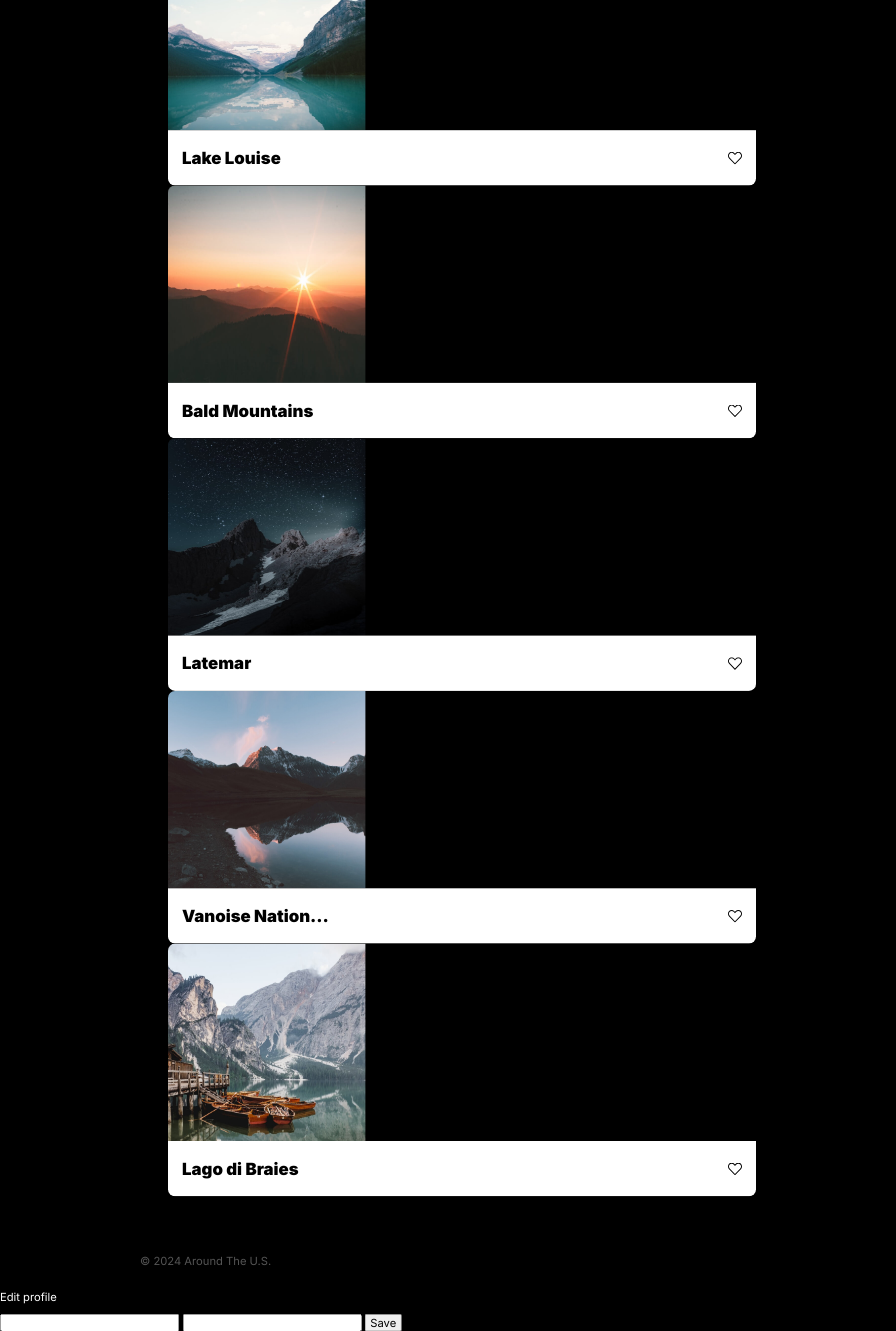
Repository: luisbaezx/se_project_aroundtheus
Page: index.html
The author's editor kept a copy of each file at every save. The page is drawn from the files as they stood at one save, then again after the next save.
The browser window is 1280 px wide. The pictures show the part of the page from y = 770 to 2690 px (the page is 2672 px tall before and 2690 px after), at 70% of full size.

Above is the page before, as saved 2024-09-15 13:57:37.

### index.html
<!DOCTYPE html>
<html lang="en">
  <head>
    <meta charset="UTF-8" />
    <meta name="viewport" content="width=device-width, initial-scale=1" />
    <title>Around the U.S</title>
    <meta name="author" content="Luis Baez" />
    <link rel="stylesheet" href="pages/index.css" />
  </head>
  <body class="page">
    <div class="page__content">
      <header class="header page__section">
        <img
          src="./images/logo.svg"
          alt="Around the U.S. Logo"
          class="header__image"
        />
      </header>
      <main class="content">
        <section class="profile page__section">
          <img
            src="./images/jacques-cousteau.jpg"
            alt="Avatar"
            class="profile__image"
          />
          <div class="profile__info">
            <h1 class="profile__title">Jacques Cousteau</h1>
            <button class="profile__edit-button" type="button"></button>
            <p class="profile__description">Explorer</p>
          </div>
          <button class="profile__add-button" type="button"></button>
        </section>
        <section class="cards page__section">
          <ul class="cards__list">
            <li class="card">
              <img
                src="./images/yosemite.jpg"
                alt="Yosemite"
                class="card__image"
              />
              <div class="card__description">
                <h2 class="card__title">Yosemite Valley</h2>
                <button class="card__like-button" type="button"></button>
              </div>
            </li>
            <li class="card">
              <img
                src="./images/lake-louise.jpg"
                alt="Lake Louise"
                class="card__image"
              />
              <div class="card__description">
                <h2 class="card__title">Lake Louise</h2>
                <button class="card__like-button" type="button"></button>
              </div>
            </li>
            <li class="card">
              <img
                src="./images/bald-mountains.jpg"
                alt="Bald Mountains"
                class="card__image"
              />
              <div class="card__description">
                <h2 class="card__title">Bald Mountains</h2>
                <button class="card__like-button" type="button"></button>
              </div>
            </li>
            <li class="card">
              <img
                src="./images/latemar.jpg"
                alt="Laterman"
                class="card__image"
              />
              <div class="card__description">
                <h2 class="card__title">Latemar</h2>
                <button class="card__like-button" type="button"></button>
              </div>
            </li>
            <li class="card">
              <img
                src="./images/vanoise.jpg"
                alt="Vanoise"
                class="card__image"
              />
              <div class="card__description">
                <h2 class="card__title">Vanoise National Park</h2>
                <button class="card__like-button" type="button"></button>
              </div>
            </li>
            <li class="card">
              <img src="./images/lago.jpg" alt="Lago" class="card__image" />
              <div class="card__description">
                <h2 class="card__title">Lago di Braies</h2>
                <button class="card__like-button" type="button"></button>
              </div>
            </li>
          </ul>
        </section>
      </main>
      <footer class="footer">
        <p class="footer__copyright">&copy; 2024 Around The U.S.</p>
      </footer>
    </div>
    <div class="modal">
      <div class="modal_container">
        <p class="modal__heading">Edit profile</p>
        <form class="modal__form">
          <input type="text" name="title" />
          <input type="text" name="description" />
          <button class="modal__button">Save</button>
        </form>
      </div>
    </div>
    <script src="./scripts/index.js"></script>
  </body>
</html>

### pages/index.css
@import url("../vendor/normalize.css");
@import url("../vendor/fonts.css");
@import url("../blocks/page.css");
@import url("../blocks/header.css");
@import url("../blocks/profile.css");
@import url("../blocks/cards.css");
@import url("../blocks/card.css");
@import url("../blocks/footer.css");

### blocks/page.css
.page {
  font-family: Inter, Arial, Helvetica, sans-serif;
  background-color: black;
  color: white;
}

.page__section {
  max-width: 880px;
  width: 100%;
  position: relative;
  margin: 0 auto;
}

.page__content {
  display: flex;
  flex-direction: column;
  min-height: 100vh;
  padding: 0 20px;
}
@media screen and (max-width: 450px) {
  .page__section {
    max-width: none;
  }
}

### blocks/header.css
.header {
  margin-top: 45px;
  border-width: 880px;
  border-bottom: 1px solid rgba(84, 84, 84, 0.7);
  padding-bottom: 41px;
}

.header__image {
  width: 173px;
  height: 33px;
}
@media screen and (max-width: 450px) {
  .header {
    margin-top: 28px;
    padding-bottom: 28px;
  }

  .header__image {
    width: 126px;
    height: 24px;
  }
}

### blocks/profile.css
.profile {
  display: flex;
  align-items: center;
  padding-top: 40px;
  min-width: 282px;
}

.profile__info {
  display: grid;
  grid-template-areas:
    "title button"
    "description description";
  grid-template-columns: minmax(auto, 375px) auto;
  margin-right: 12px;
  align-items: center;
  gap: 15px;
}

.profile__edit-button {
  background: transparent url(../images/edit-icon.svg) center no-repeat;
  height: 24px;
  width: 24px;
  grid-area: button;
  border: 1px white solid;
  white-space: nowrap;
  overflow: hidden;
}

.profile__edit-button:hover {
  opacity: 0.6;
  cursor: pointer;
}

.profile__add-button {
  background: transparent url(../images/add-icon.svg) center no-repeat;
  width: 150px;
  height: 50px;
  margin-left: auto;
  border: 2px white solid;
  border-radius: 2px;
  transition: opacity 0.3s ease-in;
}

.profile__add-button:hover {
  opacity: 0.6;
  cursor: pointer;
}
.profile__title {
  font-size: 42px;
  line-height: 48px;
  font-weight: 500;
  grid-area: title;
  margin: 0;
  text-overflow: ellipsis;
  white-space: nowrap;
  overflow: hidden;
}

.profile__description {
  font-size: 18px;
  line-height: 22px;
  font-weight: 400;
  grid-area: description;
  margin: 0;
  text-overflow: ellipsis;
  white-space: nowrap;
  overflow: hidden;
  max-width: 370px;
}

.profile__image {
  height: 120px;
  width: 120px;
  border-radius: 50%;
  object-fit: cover;
  object-position: center;
  margin-right: 24px;
}

@media screen and (max-width: 770px) {
  .profile {
    flex-direction: column;
  }

  .profile__info {
    display: flex;
    flex-wrap: wrap;
    justify-content: center;
    width: 100%;
  }

  .profile__description {
    width: 100%;
    text-align: center;
    margin-bottom: 40px;
  }

  .profile__add-button {
    margin: 0;
    width: 80%;
  }
}

@media screen and (max-width: 450px) {
  .profile {
    justify-content: space-around;
    padding-top: 42;
  }
  .profile__title {
    font-size: 22px;
  }

  .profile__description {
    font-size: 14px;
    line-height: 16.94px;
    margin-bottom: 36px;
  }

  .profile__edit-button {
    width: 18px;
    height: 18px;
    display: flex;
    justify-content: flex-end;
  }

  .profile__add-button {
    width: 282px;
  }

  .profile__image {
    margin: 0;
    min-width: auto;
  }
}

### blocks/cards.css
.cards {
  margin-top: 30px;
  border-radius: 10px;
}

.card__list {
  display: grid;
  justify-content: center;
  grid-template-columns: repeat(auto-fit, 282px);
  grid-gap: 20px 17px;
  padding: 0;
  margin: 0;
}

.card {
  display: flex;
  flex-direction: column;
  list-style: none;
  border-radius: 10px;
  overflow: hidden;
}

.card__image {
  width: 282px;
  height: 282px;
}

.card__title {
  max-width: 220px;
  font-size: 24px;
  font-weight: 900;
  line-height: 29px;
  text-overflow: ellipsis;
  white-space: nowrap;
  overflow: hidden;
  margin: 0;
}

.card__description {
  display: flex;
  background-color: white;
  color: black;
  padding-top: 25px;
  padding-bottom: 25px;
  padding-left: 20px;
  padding-right: 20px;
  align-items: center;
  justify-content: space-between;
}

.card__like-button {
  background: transparent url(../images/like-inactive.svg) center no-repeat;
  width: 21px;
  height: 18px;
  border: none;
  transition: opacity 0.3s ease;
}

.card__like-button:hover {
  opacity: 0.5;
}

### blocks/card.css
.card {
  display: flex;
  flex-direction: column;
  list-style: none;
  border-radius: 10px;
  overflow: hidden;
}

.card__image {
  width: 282px;
  height: 282px;
}

.card__title {
  max-width: 220px;
  font-size: 24px;
  font-weight: 900;
  line-height: 29px;
  text-overflow: ellipsis;
  white-space: nowrap;
  overflow: hidden;
  margin: 0;
}

.card__description {
  display: flex;
  background-color: white;
  color: black;
  padding-top: 25px;
  padding-bottom: 25px;
  padding-left: 20px;
  padding-right: 20px;
  align-items: center;
  justify-content: space-between;
}

.card__like-button {
  background: transparent url(../images/like-active.svg) center no-repeat;
  width: 21px;
  height: 18px;
  border: none;
  transition: opacity 0.3s ease-in;
}

.card__like-button:hover {
  opacity: 0.5;
  cursor: pointer;
}

### blocks/footer.css
.footer {
  width: 100%;
  max-width: 880px;
  margin: 0 auto;
  text-align: left;
}

.footer__copyright {
  color: #545454;
  margin-left: auto;
  margin-right: auto;
  margin-top: 67px;
}

@media screen and (max-width: 600px) {
  .footer {
    max-width: 282px;
  }

  .footer__copyright {
    font-size: 14px;
    margin-top: 40px;
    margin-bottom: 36px;
  }
}

### scripts/index.js
const initialCards = [
  {
    name: "Yosimite Valley",
    link: "https://practicum-content.s3.us-west-1.amazonaws.com/software-engineer/around-project/yosemite.jpg",
  },
  {
    name: "Lake Louise",
    link: "https://practicum-content.s3.us-west-1.amazonaws.com/software-engineer/around-project/lake-louise.jpg",
  },
  {
    name: "Bald Mountains",
    link: "https://practicum-content.s3.us-west-1.amazonaws.com/software-engineer/around-project/bald-mountains.jpg",
  },
  {
    name: "Latemar",
    link: "https://practicum-content.s3.us-west-1.amazonaws.com/software-engineer/around-project/latemar.jpg",
  },
  {
    name: "Vanoise National Park",
    link: "https://practicum-content.s3.us-west-1.amazonaws.com/software-engineer/around-project/vanoise.jpg",
  },
  {
    name: "Lago di Braies",
    link: "https://practicum-content.s3.us-west-1.amazonaws.com/software-engineer/around-project/lago.jpg",
  },
];

console.log(initialCards);

Loaded but not shown: vendor/normalize.css (library); vendor/fonts.css (common file)

After the next save:
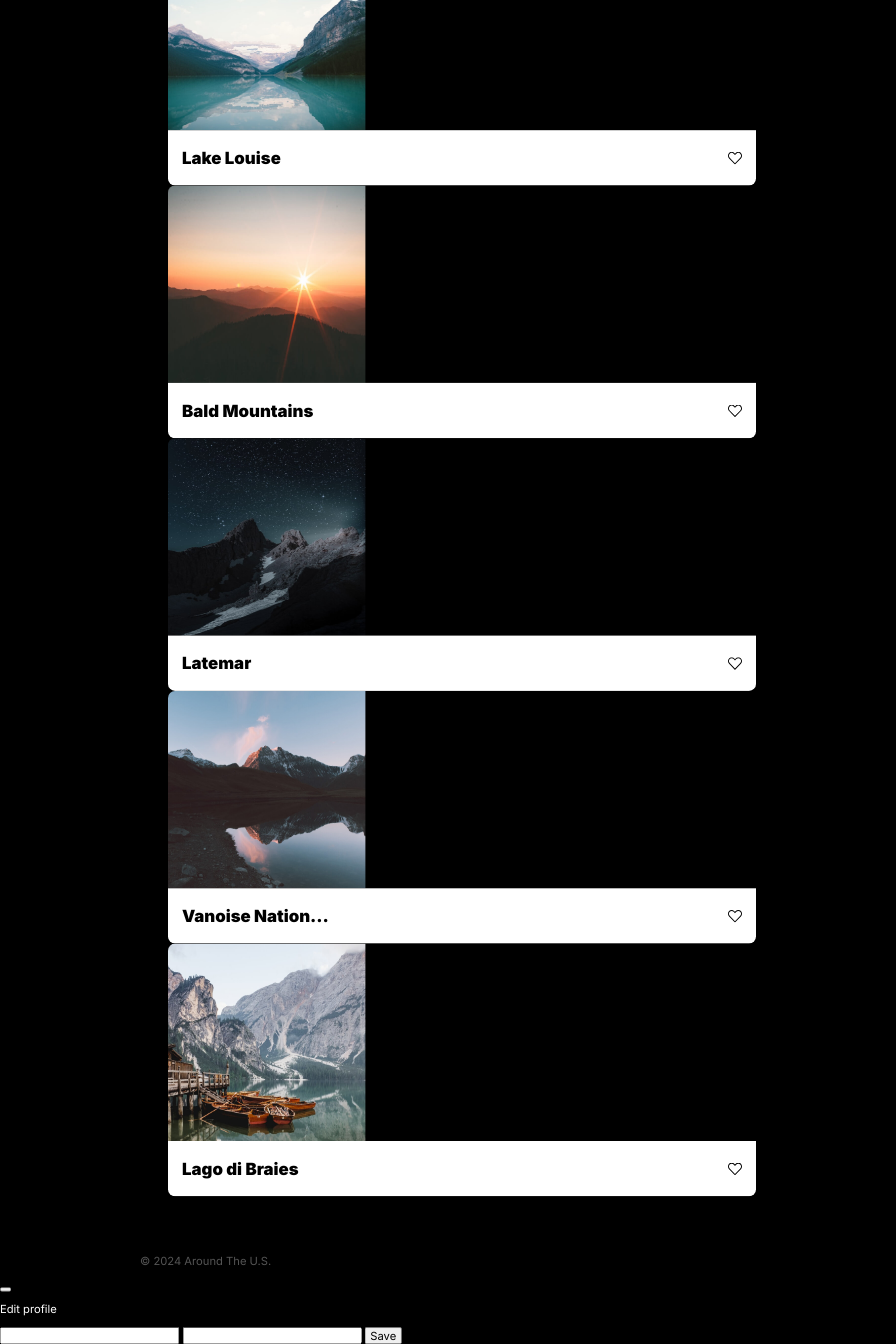
Saved 2 min 39 s later.
--- a/index.html
+++ b/index.html
@@ -103,6 +103,7 @@
     </div>
     <div class="modal">
       <div class="modal_container">
+        <button class="modal__close"></button>
         <p class="modal__heading">Edit profile</p>
         <form class="modal__form">
           <input type="text" name="title" />
